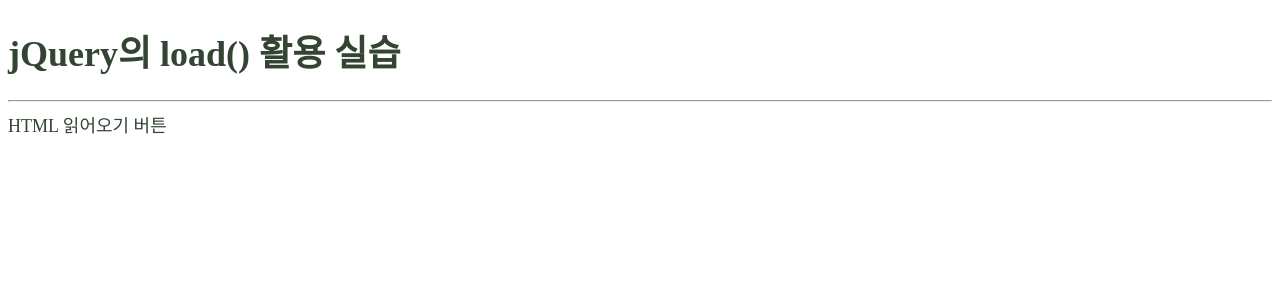
Repository: youngsik0405/Web-study
Page: AjaxJquery01/WebContent/LoadTest01.html
These files come from the project's save history. The page is drawn as it stood at one moment and after the next save; the edit follows.
The browser window is 1280 px wide. The pictures show the whole page.
After loading, the first visible `div.btnLoad` was clicked once.

Above is the page before, as saved 2025-02-04 00:15:20.

### AjaxJquery01/WebContent/LoadTest01.html
<!DOCTYPE html>
<html>
<head>
<meta charset="UTF-8">
<title>LoadTest01.html</title>
<link rel="stylesheet" type="text/css" href="css/main.css">

<script type="text/javascript" src="http://code.jquery.com/jquery.min.js"></script>
<script type="text/javascript">

	// ※ 『load()』
	//	  『$(선택자).load("로드를 원하는 html 문서의 위치와 이름");』
	//	  - jQuery 의 기능이 수행되는 과정에서 다른 html 문서를 로드
	//    - HTML 을 읽어들여서 DOM 에 삽입하는 기능을 수행

	$(document).ready(function()
	{
		$("#btn .btnLoad").click(function()
		{
			// 확인
			//alert("작동 확인~!!!");
		});
	});

</script>
</head>
<body>

<div>
	<h1>jQuery의 load() 활용 실습</h1>
	<hr>
</div>

<div>
	<div id="btn">
		<div class="btnLoad">HTML 읽어오기 버튼</div>
	</div>
	<br>

	<div id="ctlGrid">

	</div>
</div>


</body>
</html>

### AjaxJquery01/WebContent/css/main.css
@charset "UTF-8";

/* main.css */

*
{
	font-family: 맑은 고딕;
	color: #334433;
}

body, p, div, span, input, table, th, td, select
{
	font-size: 18px;
}

.control
{
	border: 1px solid gray;
	border-radius: 3px;
}

.table
{
	border-collapse: collapse;
	width: 100%;
}

.table th, .table td
{
	border: 1px solid gray;
	border-left: 0px;
	border-right: 0px;
	padding: 3px;
	line-height: 150%;
}

.table th
{
	font-weight: bold;
	background-color: #eeeeee;
}

.btn
{
	font-weight: bold;
}

.btn:hover
{
	color: white;
	background-color: #778877;
}

### AjaxJquery01/WebContent/LoadTest02.html
<!DOCTYPE html>
<html>
<head>
<meta charset="UTF-8">
<title>LoadTest02.html</title>
<link rel="stylesheet" type="text/css" href="css/main.css">
</head>
<body>

jQuery 의 load() 에 대한 실습

</body>
</html>

After the next save:
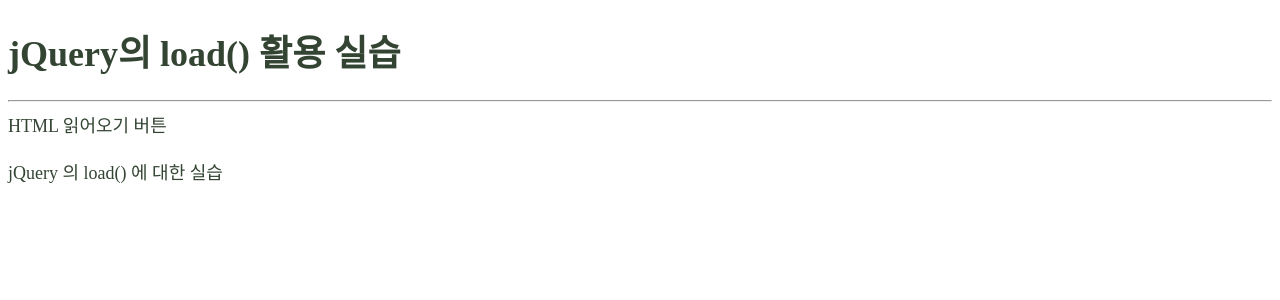
Saved 55 s later.
--- a/AjaxJquery01/WebContent/LoadTest01.html
+++ b/AjaxJquery01/WebContent/LoadTest01.html
@@ -19,6 +19,8 @@
 		{
 			// 확인
 			//alert("작동 확인~!!!");
+
+			$("#ctlGrid").load("LoadTest02.html");
 		});
 	});
 
